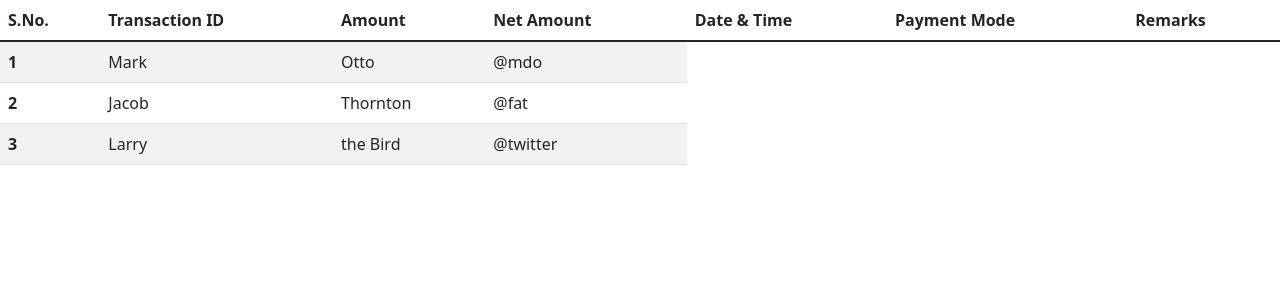
Repository: sreech465/e-prathibha
Page: /paytm
The author's editor kept a copy of each file at every save. The page is drawn from the files as they stood at one save, then again after the next save.
The browser window is 1280 px wide. The pictures show the whole page.
The project was rebuilt for these pictures with package versions that can differ from the ones it lists, and the page was loaded fresh each time. Also part of the build but not shown: src/Redux/Actions.js, src/Components/Register.js, src/Components/Verify.js, src/Components/Header.js, src/Components/Login.js, src/Components/Popup.css, src/Components/Popup.js, src/Components/WritExam.css and 11 more.

Above is the page before, as saved 2022-10-19 08:07:45.

After the next save:
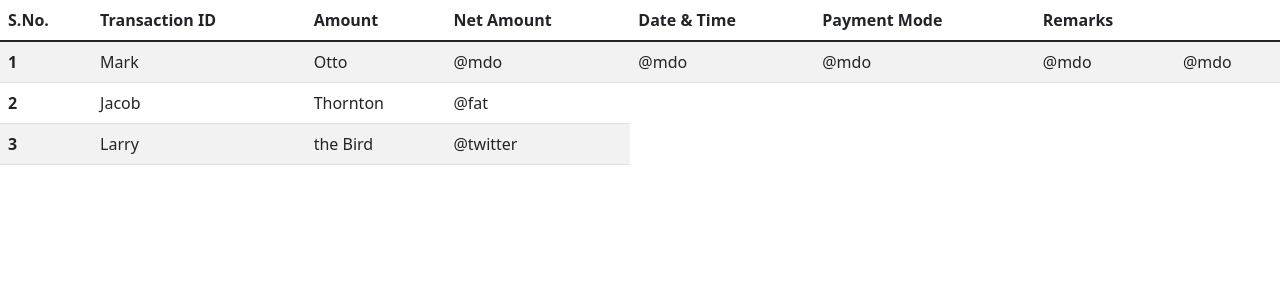
Saved 37 s later.
--- a/src/Components/Transaction.js
+++ b/src/Components/Transaction.js
@@ -23,6 +23,10 @@ const Transaction = () => {
           <td>Mark</td>
           <td>Otto</td>
           <td>@mdo</td>
+          <td>@mdo</td>
+          <td>@mdo</td>
+          <td>@mdo</td>
+          <td>@mdo</td>
         </tr>
         <tr>
           <th scope="row">2</th>
